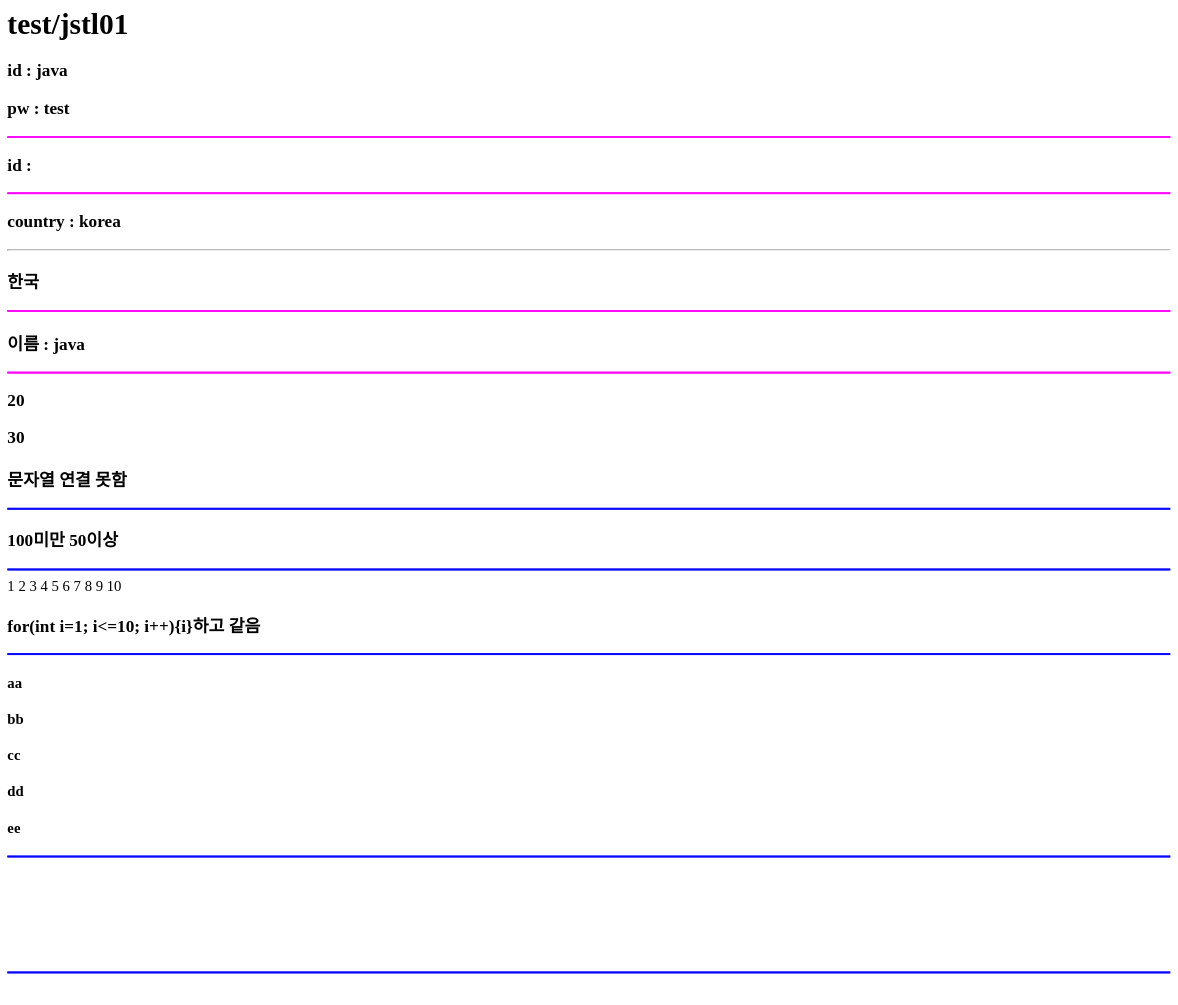
Repository: khsik/Woori-Computer-Academy
Page: http://localhost/mvc/WEB-INF/views/test/jstl01.jsp
These files come from the project's save history. The page is drawn as it stood at one moment and after the next save; the edit follows.
The browser window is 1280 px wide. The pictures show the whole page, at 92% of full size.
The page is served by Tomcat 9. Nobody is signed in. Other server files are loaded and not shown. The template is opened directly, without the code that normally fills it, so the values that code supplies are empty.

Above is the page before, as saved 2024-05-13 06:51:31.

### mvc/src/main/webapp/WEB-INF/views/test/jstl01.jsp
<%@ page language="java" contentType="text/html; charset=UTF-8"
    pageEncoding="UTF-8"%>
<%@ taglib prefix="c" uri="http://java.sun.com/jsp/jstl/core" %>
<%@ taglib prefix="fmt" uri="http://java.sun.com/jsp/jstl/fmt" %>

<h1>test/jstl01</h1>
<c:set var="id" value="java"></c:set>
<c:set var="pw" value="test"/>
<h3>id : ${id}</h3>
<h3>pw : ${pw}</h3>

<hr color="#ff08ff">
<c:remove var="id"/>
<h3>id : ${id}</h3>


<hr color="#ff08ff">
<c:set var="country" value="korea"/>

<c:if test="${country != null}">
	<h3>country : ${country}</h3>
</c:if>

<c:if test="${country == null}">
	<h3>나라 없음</h3>
</c:if>
<hr>
<c:if test="${country == 'korea'}">
	<h3>한국</h3>
</c:if>

<hr color="#ff08ff">
<c:set var="name" value="java" />
<c:if test="${ name != null}">
	<h3>이름 : ${ name }</h3>
</c:if>

<c:if test="${ name == null }">
	<h3>이름 없음</h3>
</c:if>

<hr color="#ff08ff">
<h3>${ 10+10 }</h3>
<h3>${ "10"+'10'+10 }</h3>
<h3>문자열 연결 못함</h3>

<hr color="#0808ff">
<c:set var="count" value="55"/>
<h3>
<c:choose>
	<c:when test="${ count >= 100 }">100이상</c:when>
	<c:when test="${ count >= 50 }">100미만 50이상</c:when>
	<c:when test="${ count >= 0 }">50미만 0이상</c:when>
</c:choose>
</h3>

<hr color="#0808ff">
<c:forEach var="i" begin="1" end="10" step="1">
	${i}
</c:forEach>
<h3>for(int i=1; i&lt;=10; i++){i}하고 같음</h3>

<hr color="#0808ff">
<c:forTokens var="i" items="aa,bb,cc,dd,ee" delims=",">
	<h4>${i}</h4>
</c:forTokens>

<hr color="#0808ff">
${d1} <br>
${d1.num} <br>
${d1.name} <br>
<br>
${d2} <br>
${d2.getNum()} <br>
${d2.name}

<hr color="#0808ff">

<c:forEach var="dto" items="${d1}, ${d2}" >
	${dto} <br>
</c:forEach>

After the next save:
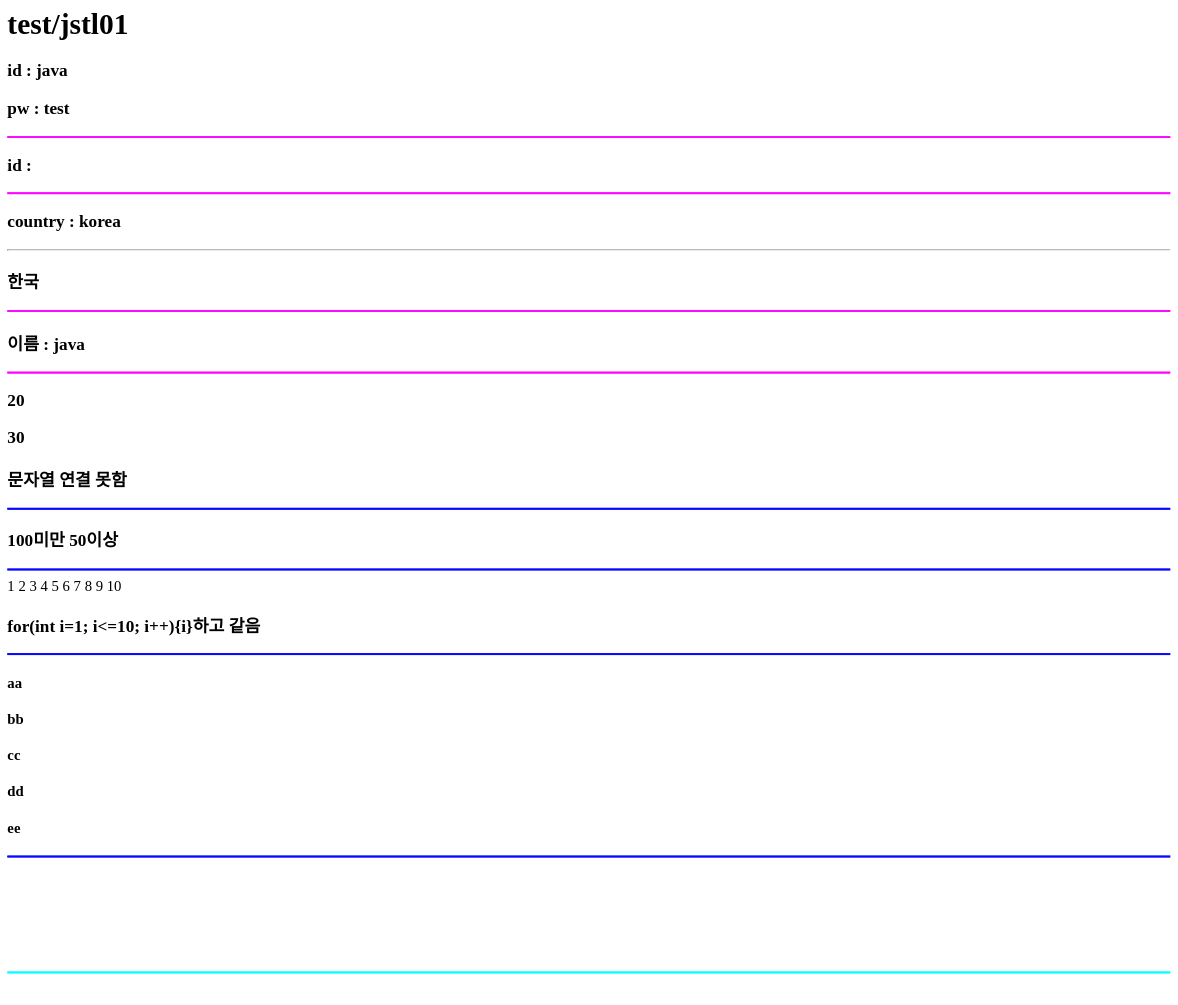
Saved 12 s later.
--- a/mvc/src/main/webapp/WEB-INF/views/test/jstl01.jsp
+++ b/mvc/src/main/webapp/WEB-INF/views/test/jstl01.jsp
@@ -74,7 +74,7 @@ ${d2} <br>
 ${d2.getNum()} <br>
 ${d2.name}
 
-<hr color="#0808ff">
+<hr color="#08ffff">
 
 <c:forEach var="dto" items="${d1}, ${d2}" >
 	${dto} <br>
